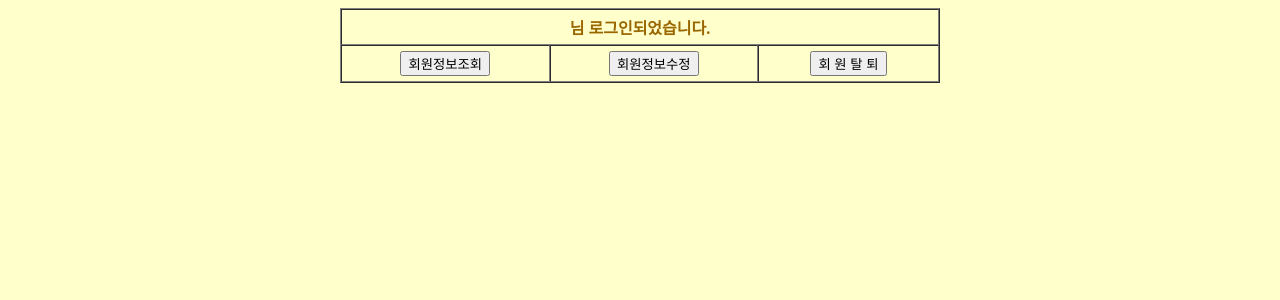
Repository: KangEunseo/2019-jsp-class
Page: http://localhost/BasicJSP/logincookie/loginCookieMain.jsp
These files come from the project's save history. The page is drawn as it stood at one moment and after the next save; the edit follows.
The browser window is 1280 px wide. The pictures show the whole page.
The page is served by Tomcat 9.

Above is the page before, as saved 2019-09-19 05:13:55.

After the next save:
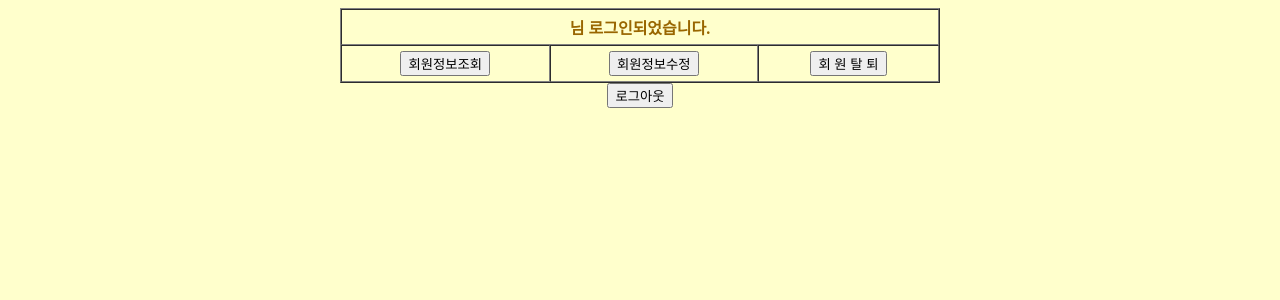
Saved 5 days later.
--- a/BasicJSP/WebContent/logincookie/loginCookieMain.jsp
+++ b/BasicJSP/WebContent/logincookie/loginCookieMain.jsp
@@ -37,6 +37,7 @@
 				<td align="center"><input type="button" value="회 원 탈 퇴" onClick="javascript:location.href='delete_2401.jsp'"></td>
 			</tr>
 		</table>
+		<input type="button" value="로그아웃" onClick="history.back()">
 </div>
 </body>
 </html>
